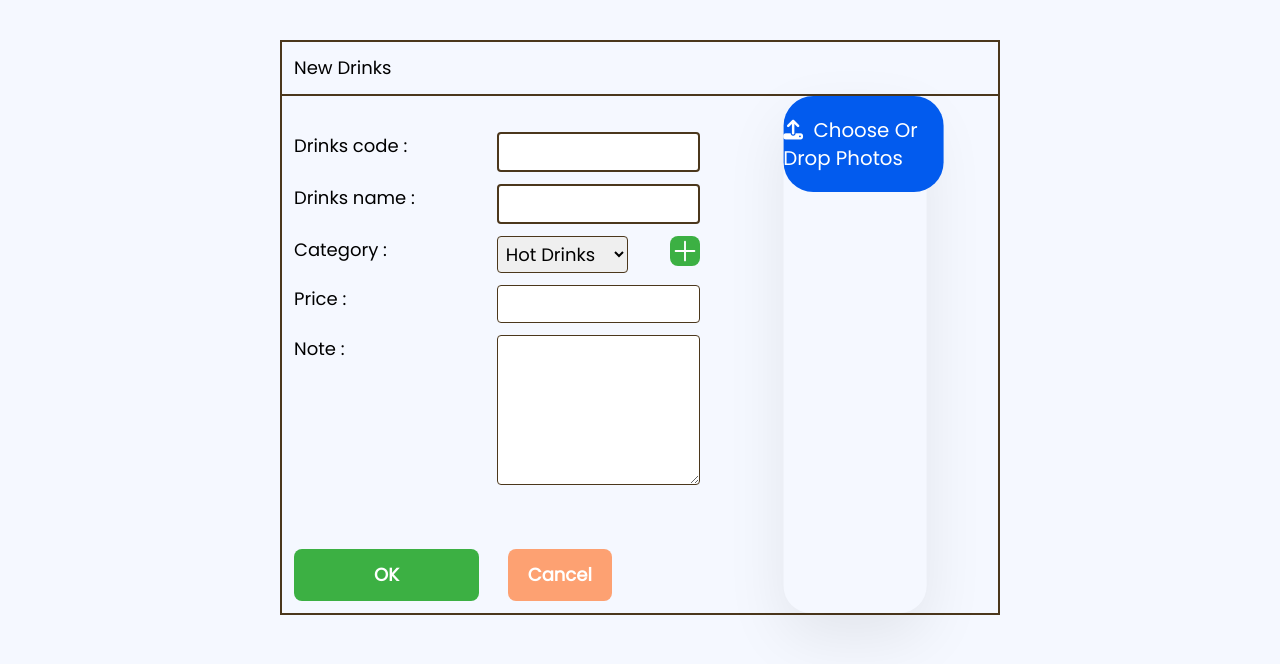
Repository: Dapravith/Midterm-SE-GIC-Cafe-Project-Group16
Page: src/main/resources/templates/addDrink.html
The author's editor kept a copy of each file at every save. The page is drawn from the files as they stood at one save, then again after the next save.
The browser window is 1280 px wide. The pictures show the whole page.
Some web libraries are served in a nearby version.

Above is the page before, as saved 2023-05-16 22:48:01.

After the next save:
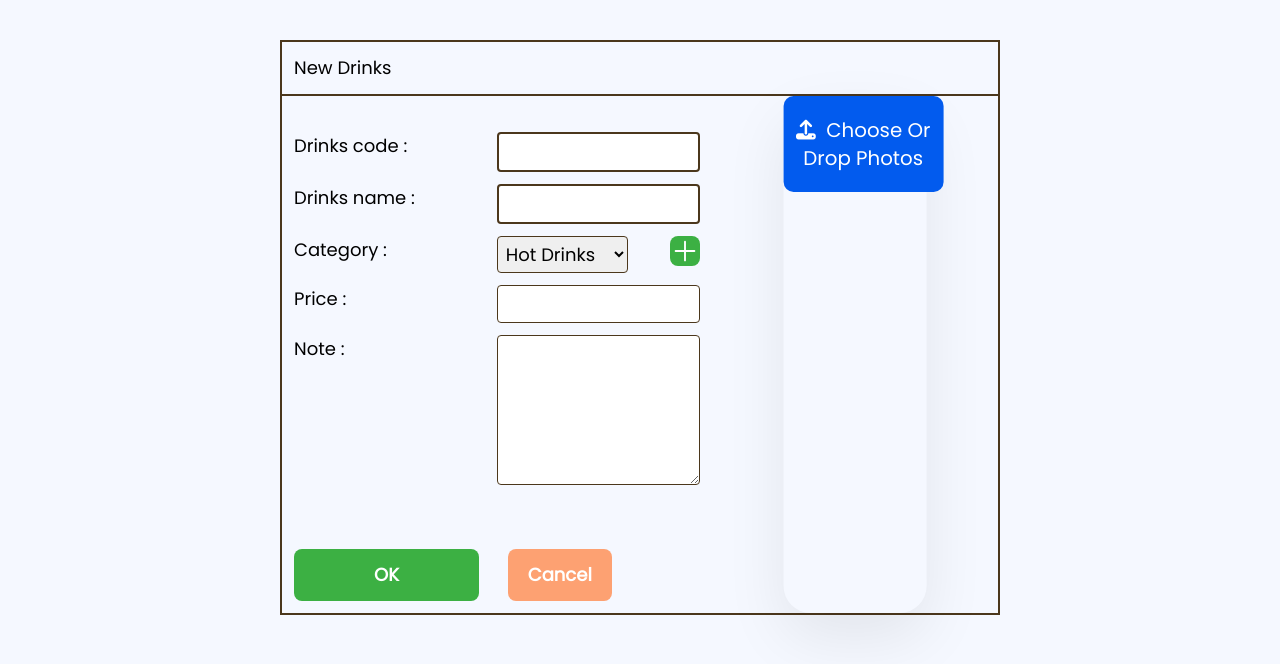
Saved 56 s later.
--- a/src/main/resources/templates/addDrink.html
+++ b/src/main/resources/templates/addDrink.html
@@ -48,9 +48,13 @@
             background-color: #025bee;
             color: #ffffff;
             font-size: 1.1em;
+            text-align: center;
+            align-items: right;
+            justify-content: right;
             width: 10rem;
             padding: 1em 0;
-            border-radius: 1.5em;
+            border-radius: 0.5em;
+            margin: 0 auto 1em auto;
             cursor: pointer;
         }
 
@@ -59,8 +63,7 @@
             width: 5%;
             margin: 0 auto;
             display: flex;
-            justify-content: space-between;
-            align-items: center;
+            justify-content: space-evenly;
             gap: 1.5em;
             flex-wrap: wrap;
         }
@@ -76,7 +79,6 @@
         #image-display figcaption {
             font-size: 0.5em;
             text-align: center;
-            justify-items: right;
             color: #5a5861;
         }
 
